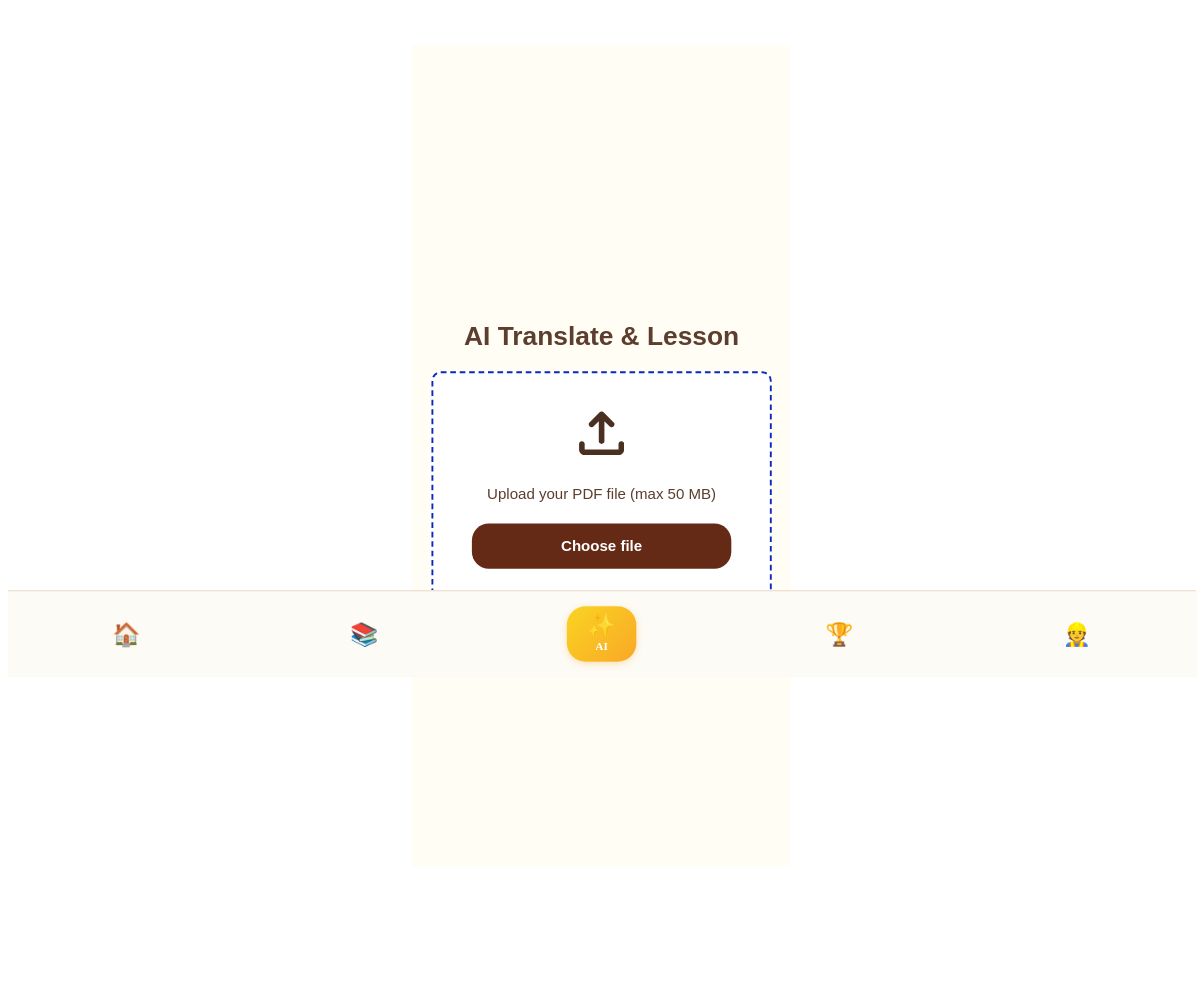
Repository: richelletiongson/Jargon_FrontendShowcase
Page: / (app in jargon_frontend/)
The author's editor kept a copy of each file at every save. The page is drawn from the files as they stood at one save, then again after the next save.
The browser window is 1280 px wide. The pictures show the whole page, at 94% of full size.
The project was rebuilt for these pictures with package versions that can differ from the ones it lists, and the page was loaded fresh each time. Also part of the build but not shown: jargon_frontend/vite.config.js, jargon_frontend/src/index.css, jargon_frontend/src/home_pages/Home.jsx, jargon_frontend/src/course_pages/Course.jsx, jargon_frontend/src/charts_pages/Charts.jsx, jargon_frontend/src/profile_pages/Profile.jsx.

Above is the page before, as saved 2025-10-22 14:51:48.

After the next save:
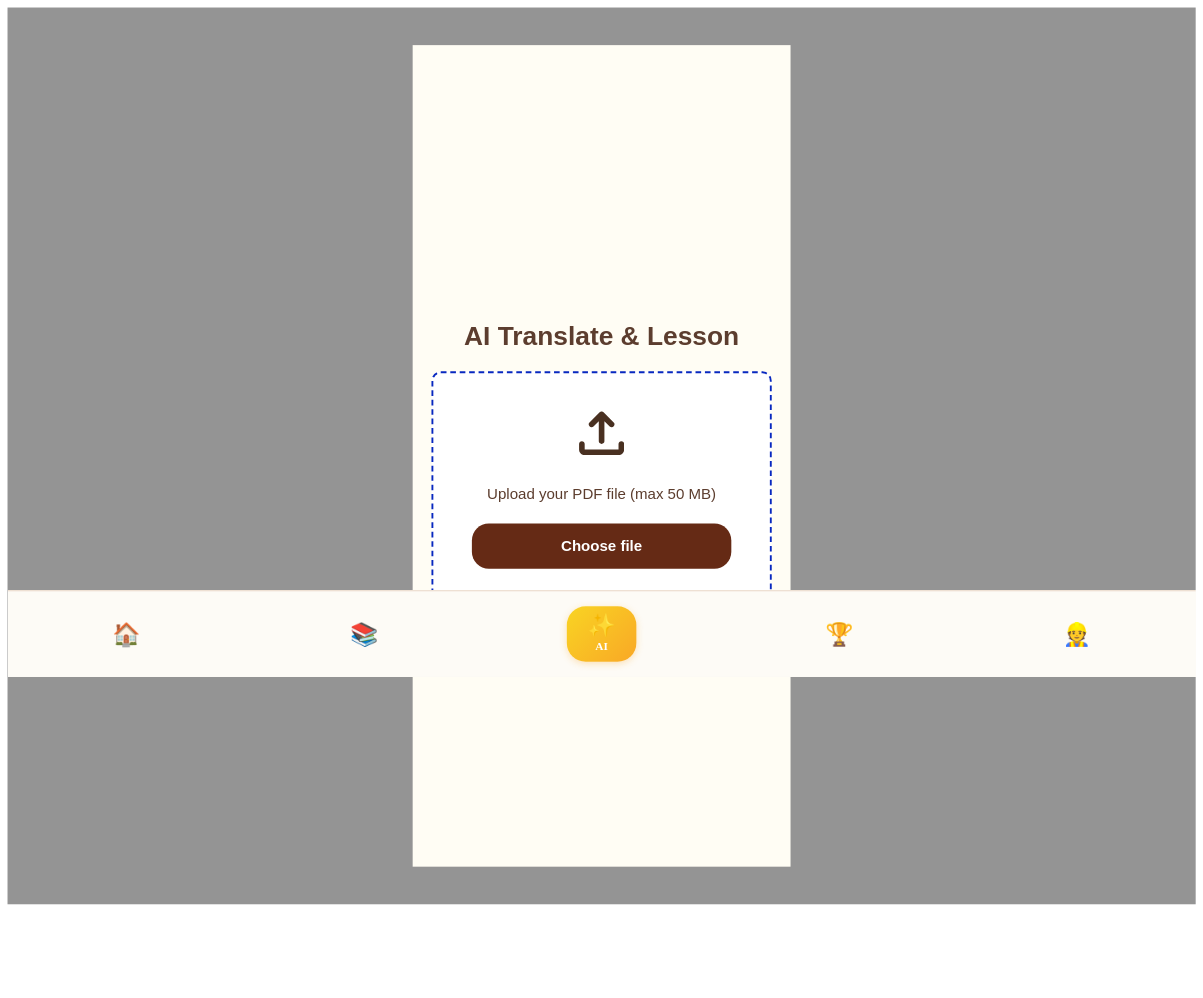
Saved 9 s later.
--- a/jargon_frontend/src/App.css
+++ b/jargon_frontend/src/App.css
@@ -1,5 +1,5 @@
 main {
-  background-color: 949494 ;
+  background-color: #949494 ;
   padding: 0;
   margin: 0;
 }
